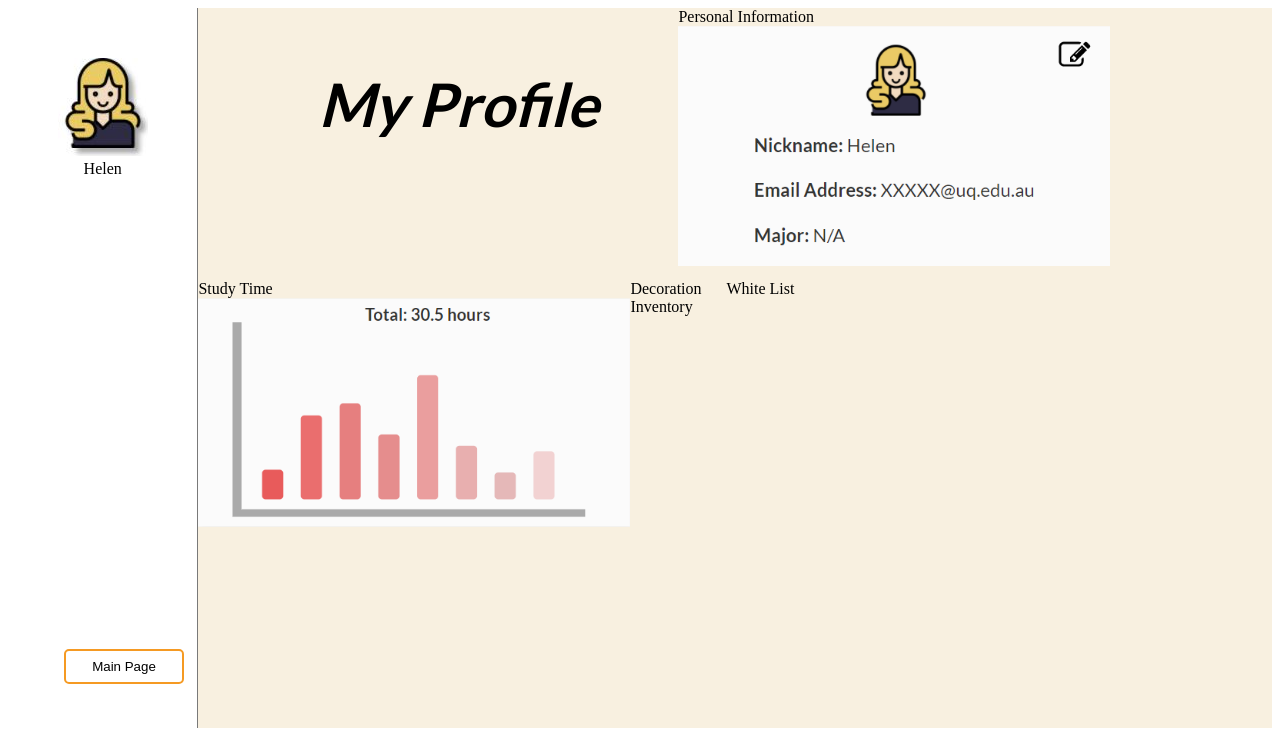
Repository: Team-Extrememe/Online-Study-Room
Page: profile.html
These files come from the project's save history. The page is drawn as it stood at one moment and after the next save; the edit follows.
The browser window is 1280 px wide. The pictures show the whole page.

Above is the page before, as saved 2021-10-17 15:21:05.

After the next save:
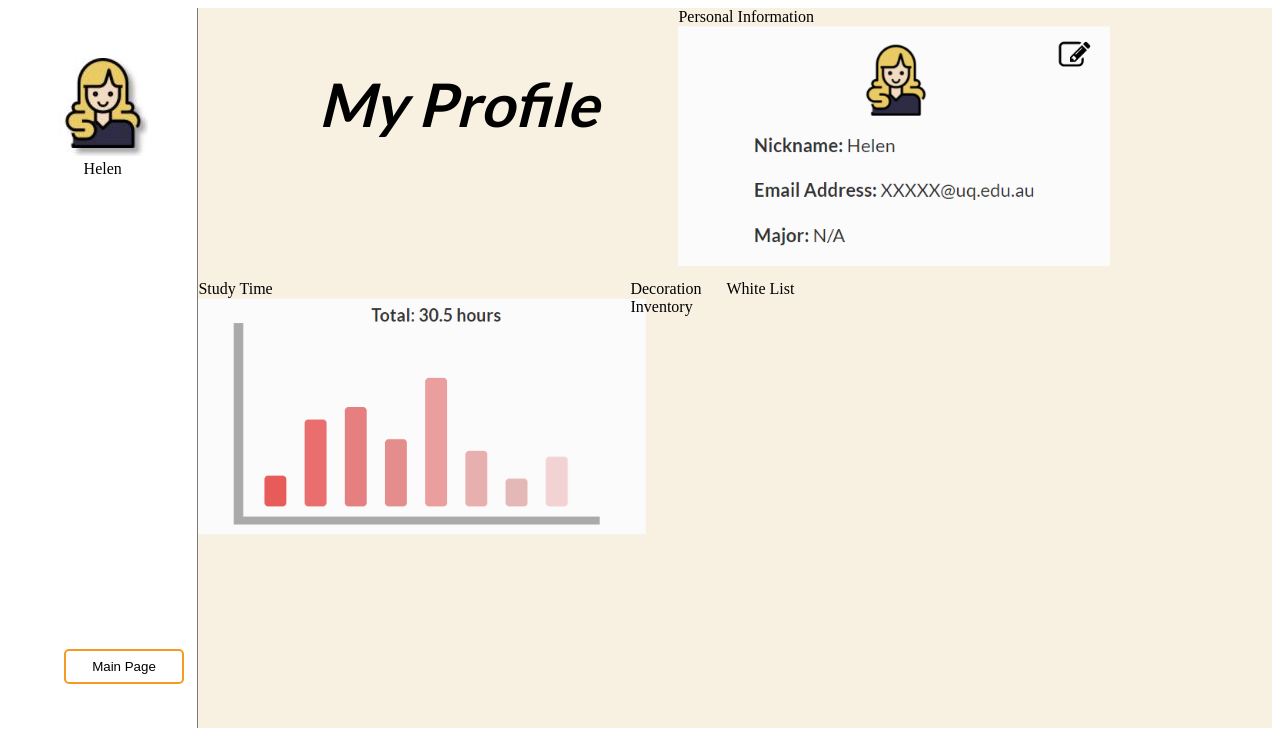
Saved 28 s later.
--- a/css/profile.css
+++ b/css/profile.css
@@ -77,7 +77,7 @@
 }
 
 .study_time img{
-    width: 27em;
+    width: 28em;
 }
 
 .decoration_inventory{
